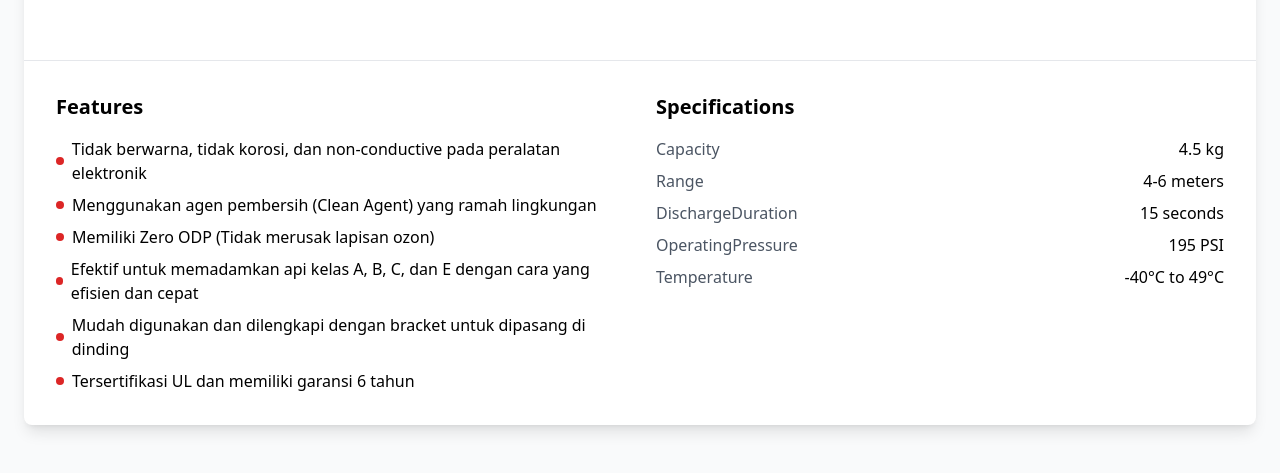
Repository: matrixmas/matrixmas.github.io
Page: /products/1
An editor plug-in stored every save of this project. The page is shown before and after the next save, followed by the edit.
The browser window is 1280 px wide. The pictures show the part of the page from y = 608 to 1081 px (the page is 1081 px tall).
The project was rebuilt for these pictures with package versions that can differ from the ones it lists, and the page was loaded fresh each time. Also part of the build but not shown: vite.config.ts, src/pages/Home.tsx, src/pages/Products.tsx, src/pages/About.tsx, src/pages/Contact.tsx.

Above is the page before, as saved 2025-02-04 13:43:15.

### index.html
<!doctype html>
<html lang="en">
  <head>
    <meta charset="UTF-8" />
    <link rel="icon" type="image/svg+xml" href="https://lh3.googleusercontent.com/p/AF1QipM-pbCOOYy8ig0e4ZRWo3jsaPoACABTA6DNYww9=s1360-w1360-h1020" />
    <meta name="viewport" content="width=device-width, initial-scale=1.0" />
    <title>Matrix Fire Extinguisher</title>
  </head>
  <body>
    <div id="root"></div>
    <script type="module" src="/src/main.tsx"></script>
  </body>
</html>

### src/App.tsx
import React from 'react';
import { BrowserRouter as Router, Routes, Route } from 'react-router-dom';
import Home from './pages/Home';
import Products from './pages/Products';
import ProductDetail from './pages/ProductDetail';
import About from './pages/About';
import Contact from './pages/Contact';

function App() {
  return (
    <Router>
      <Routes>
        <Route path="/" element={<Home />} />
        <Route path="/products" element={<Products />} />
        <Route path="/products/:id" element={<ProductDetail />} />
        <Route path="/about" element={<About />} />
        <Route path="/contact" element={<Contact />} />
      </Routes>
    </Router>
  );
}

export default App;

### src/pages/ProductDetail.tsx
import React from 'react';
import { useParams, Link } from 'react-router-dom';
import { ArrowLeft, ShoppingCart, Shield, Award, Clock } from 'lucide-react';
import Header from '../components/Header';

const products = [
  {
    id: 1,
name: "GAS MATRIX (Ramah Lingkungan)",
price: 129.99,
image: "https://images.unsplash.com/photo-1629814210609-0d984e86bfb8?auto=format&fit=crop&q=80",
description: "GAS MATRIX (Ramah Lingkungan) – Disemprot langsung mati apinya, ideal untuk memadamkan api dengan cepat dan efisien. Solusi ramah lingkungan untuk kebutuhan keamanan kebakaran Anda.",
features: [
  "Tidak berwarna, tidak korosi, dan non-conductive pada peralatan elektronik",
  "Menggunakan agen pembersih (Clean Agent) yang ramah lingkungan",
  "Memiliki Zero ODP (Tidak merusak lapisan ozon)",
  "Efektif untuk memadamkan api kelas A, B, C, dan E dengan cara yang efisien dan cepat",
  "Mudah digunakan dan dilengkapi dengan bracket untuk dipasang di dinding",
  "Tersertifikasi UL dan memiliki garansi 6 tahun"
],
specifications: {
  capacity: "4.5 kg",
  range: "4-6 meters",
  dischargeDuration: "15 seconds",
  operatingPressure: "195 PSI",
  temperature: "-40°C to 49°C"
}
  },
  {
    id: 2,
    name: "CO2 Fire Extinguisher",
    price: 149.99,
    image: "https://images.unsplash.com/photo-1629814210609-0d984e86bfb8?auto=format&fit=crop&q=80",
    description: "Ideal for electrical fires and sensitive equipment areas.",
    features: [
      "Non-conductive",
      "Leaves no residue",
      "Perfect for electrical equipment",
      "Includes safety pin",
      "5-year warranty"
    ],
    specifications: {
      capacity: "5 kg",
      range: "3-8 meters",
      dischargeDuration: "12 seconds",
      operatingPressure: "150 PSI",
      temperature: "-20°C to 55°C"
    }
  },
  {
    id: 3,
    name: "Foam Extinguisher",
    price: 139.99,
    image: "https://images.unsplash.com/photo-1629814210609-0d984e86bfb8?auto=format&fit=crop&q=80",
    description: "Specially designed for flammable liquid fires.",
    features: [
      "Forms protective blanket",
      "Prevents re-ignition",
      "Environmentally friendly foam",
      "Includes pressure gauge",
      "5-year warranty"
    ],
    specifications: {
      capacity: "6 L",
      range: "4-6 meters",
      dischargeDuration: "20 seconds",
      operatingPressure: "175 PSI",
      temperature: "5°C to 45°C"
    }
  }
];

export default function ProductDetail() {
  const { id } = useParams();
  const product = products.find(p => p.id === Number(id));

  if (!product) {
    return <div>Product not found</div>;
  }

  return (
    <div className="min-h-screen bg-gray-50">
      <Header />
      <div className="py-12">
        <div className="container mx-auto px-6">
          <Link to="/products" className="inline-flex items-center text-gray-600 hover:text-gray-900 mb-8">
            <ArrowLeft className="h-5 w-5 mr-2" />
            Back to Products
          </Link>

          <div className="bg-white rounded-lg shadow-lg overflow-hidden">
            <div className="grid grid-cols-1 md:grid-cols-2 gap-8 p-8">
              <div>
                <img src={product.image} alt={product.name} className="w-full h-96 object-cover rounded-lg" />
              </div>

              <div>
                <h1 className="text-3xl font-bold text-gray-900 mb-4">{product.name}</h1>
                <p className="text-gray-600 mb-6">{product.description}</p>
                <p className="text-3xl font-bold text-red-600 mb-6">${product.price}</p>

                <div className="flex space-x-4 mb-8">
                  <button className="flex-1 bg-red-600 text-white px-6 py-3 rounded-lg hover:bg-red-700 flex items-center justify-center">
                    <ShoppingCart className="h-5 w-5 mr-2" />
                    Add to Cart
                  </button>
                </div>

                <div className="grid grid-cols-3 gap-4 mb-8">
                  <div className="text-center p-4 bg-gray-50 rounded-lg">
                    <Shield className="h-8 w-8 text-red-600 mx-auto mb-2" />
                    <p className="text-sm font-medium">Certified</p>
                  </div>
                  <div className="text-center p-4 bg-gray-50 rounded-lg">
                    <Award className="h-8 w-8 text-red-600 mx-auto mb-2" />
                    <p className="text-sm font-medium">Warranty</p>
                  </div>
                  <div className="text-center p-4 bg-gray-50 rounded-lg">
                    <Clock className="h-8 w-8 text-red-600 mx-auto mb-2" />
                    <p className="text-sm font-medium">Support</p>
                  </div>
                </div>
              </div>
            </div>

            <div className="border-t border-gray-200 p-8">
              <div className="grid grid-cols-1 md:grid-cols-2 gap-8">
                <div>
                  <h2 className="text-xl font-bold mb-4">Features</h2>
                  <ul className="space-y-2">
                    {product.features.map((feature, index) => (
                      <li key={index} className="flex items-center">
                        <span className="h-2 w-2 bg-red-600 rounded-full mr-2"></span>
                        {feature}
                      </li>
                    ))}
                  </ul>
                </div>

                <div>
                  <h2 className="text-xl font-bold mb-4">Specifications</h2>
                  <div className="space-y-2">
                    {Object.entries(product.specifications).map(([key, value]) => (
                      <div key={key} className="flex justify-between">
                        <span className="text-gray-600">{key.charAt(0).toUpperCase() + key.slice(1)}</span>
                        <span className="font-medium">{value}</span>
                      </div>
                    ))}
                  </div>
                </div>
              </div>
            </div>
          </div>
        </div>
      </div>
    </div>
  );
}

### src/components/Navbar.tsx
import React from 'react';
import { Link } from 'react-router-dom';
import { FireExtinguisher, ShoppingCart } from 'lucide-react';

export default function Navbar() {
  return (
    <nav className="relative z-20 container mx-auto px-6 py-6 flex items-center justify-between">
      <Link to="/" className="flex items-center space-x-2 text-white">
        <FireExtinguisher className="h-8 w-8" />
        <span className="text-2xl font-bold">Matrix Mas</span>
      </Link>
      <div className="flex items-center space-x-8 text-white">
        <Link to="/products" className="hover:text-red-400">Products</Link>
        <Link to="/about" className="hover:text-red-400">About</Link>
        <Link to="/contact" className="hover:text-red-400">Contact</Link>
        <button className="flex items-center space-x-2 bg-red-600 px-4 py-2 rounded-lg hover:bg-red-700">
          <ShoppingCart className="h-5 w-5" />
          <span>Cart (0)</span>
        </button>
      </div>
    </nav>
  );
}

### src/components/Header.tsx
import React from 'react';
import Navbar from './Navbar';

export default function Header() {
  return (
    <header className="bg-gradient-to-r from-gray-900 to-gray-800 text-white">
      <Navbar />
    </header>
  );
}

Loaded but not shown: src/main.tsx (common file); src/index.css (common file); tailwind.config.js (common file)

After the next save:
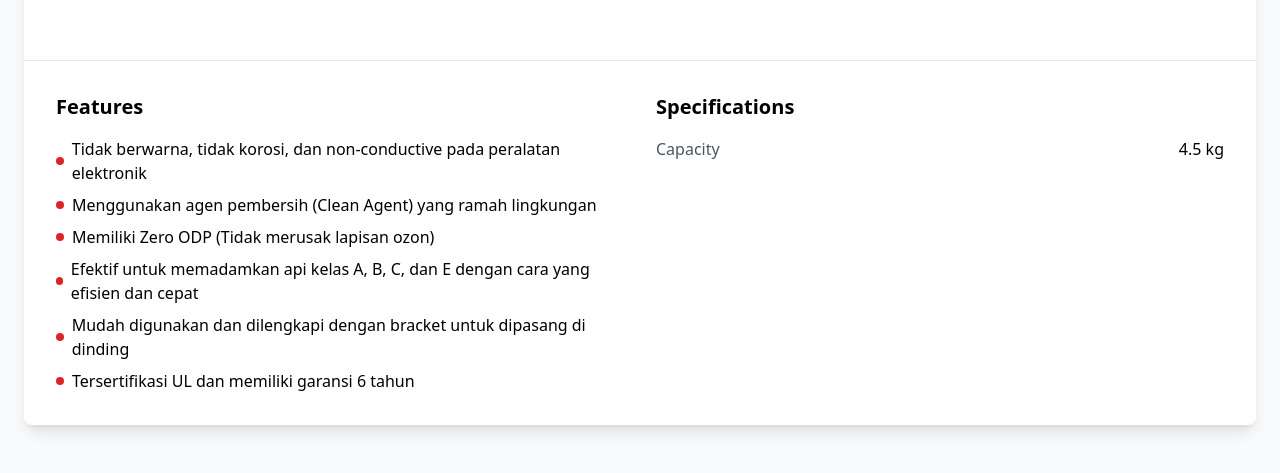
Saved 11 s later.
--- a/src/pages/ProductDetail.tsx
+++ b/src/pages/ProductDetail.tsx
@@ -20,10 +20,6 @@ features: [
 ],
 specifications: {
   capacity: "4.5 kg",
-  range: "4-6 meters",
-  dischargeDuration: "15 seconds",
-  operatingPressure: "195 PSI",
-  temperature: "-40°C to 49°C"
 }
   },
   {
